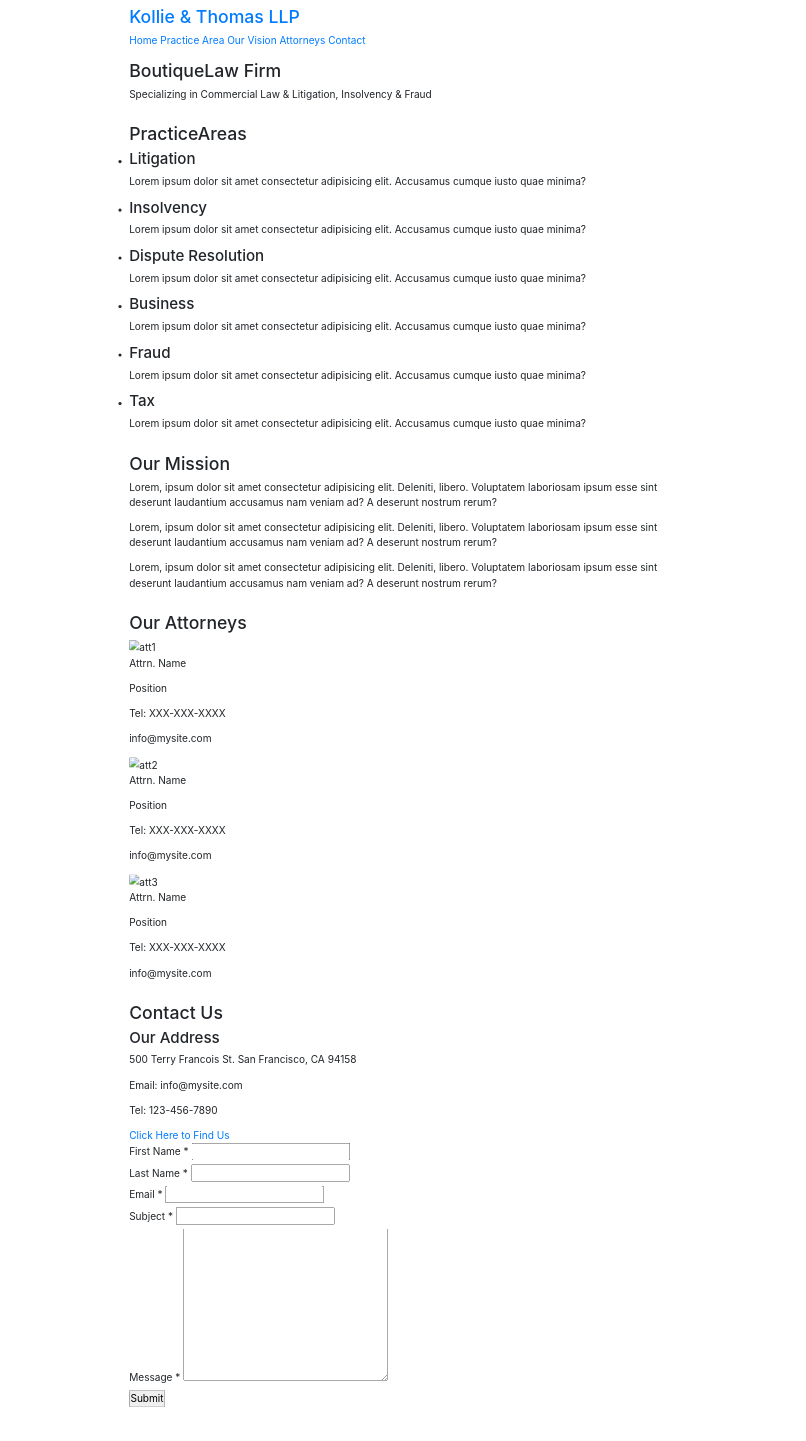
Repository: just-mann/kolllie-kolliellp
Page: index.html
The author's editor kept a copy of each file at every save. The page is drawn from the files as they stood at one save, then again after a run of saves.
The browser window is 1280 px wide. The pictures show the whole page, at 63% of full size.

Above is the page before, as saved 2021-06-01 16:46:38.

### index.html
<!DOCTYPE html>
<html lang="en">
<head>
    <meta charset="UTF-8">
    <meta name="viewport" content="width=device-width, initial-scale=1.0">
    <meta http-equiv="X-UA-Compatible" content="ie=edge">
    <meta name="Description" content="Enter your description here"/>
    <!-- Font Awesome Icons -->
    <link rel="stylesheet" href="https://cdnjs.cloudflare.com/ajax/libs/font-awesome/5.15.3/css/all.min.css" referrerpolicy="no-referrer" />
    <link rel="stylesheet" href="https://cdnjs.cloudflare.com/ajax/libs/twitter-bootstrap/4.6.0/css/bootstrap.min.css">
    <link rel="stylesheet" href="https://cdnjs.cloudflare.com/ajax/libs/font-awesome/5.15.2/css/all.min.css">
    <link rel="stylesheet" href="assets/css/utilities.css">
    <link rel="stylesheet" href="assets/css/style.css">
    <title>Kollie & Thomas LLP</title>
</head>
<body>
    <nav class="myNavbar">
        <div class="myContainer">
            <a href="#" class="myLogo"><h3>Kollie & Thomas LLP</h3></a>
            <div class="links">
                <a href="#">Home</a>
                <a href="#practiceArea">Practice Area</a>
                <a href="#ourVision">Our Vision</a>
                <a href="#ourAttorneys">Attorneys</a>
                <a href="#contact">Contact</a>
            </div>
        </div>
    </nav>
    <section class="heroSection">
        <div class="myContainer">
            <h3><span>Boutique</span>Law Firm</h3>
            <p>Specializing in Commercial Law & Litigation, Insolvency & Fraud</p>
        </div>
    </section>
    <section class="practiceArea" id="practiceArea">
        <div class="myContainer">
            <div class="practiceArreaDiv">
                <div class="left__side">
                    <h3><span>Practice</span>Areas</h3>
                </div>
                <div class="right__side">
                    <ul>
                        <div class="left">
                            <li><h4>Litigation</h4></li>
                            <p>Lorem ipsum dolor sit amet consectetur adipisicing elit. Accusamus cumque iusto quae minima?</p>
                            <li><h4>Insolvency</h4></li>
                            <p>Lorem ipsum dolor sit amet consectetur adipisicing elit. Accusamus cumque iusto quae minima?</p>
                            <li><h4>Dispute Resolution</h4></li>
                            <p>Lorem ipsum dolor sit amet consectetur adipisicing elit. Accusamus cumque iusto quae minima?</p>
                        </div>
                        <div class="right">
                            <li><h4>Business</h4></li>
                            <p>Lorem ipsum dolor sit amet consectetur adipisicing elit. Accusamus cumque iusto quae minima?</p>
                            <li><h4>Fraud</h4></li>
                            <p>Lorem ipsum dolor sit amet consectetur adipisicing elit. Accusamus cumque iusto quae minima?</p>
                            <li><h4>Tax</h4></li>
                            <p>Lorem ipsum dolor sit amet consectetur adipisicing elit. Accusamus cumque iusto quae minima?</p>
                        </div>
                    </ul>
                </div>
            </div>
        </div>
    </section>
    <section class="ourVision" id="ourVision">
        <div class="myContainer">
            <div class="ourVisionDiv">
                <h3 class="">Our Mission</h3>
                <div>
                    <p>Lorem, ipsum dolor sit amet consectetur adipisicing elit. Deleniti, libero. Voluptatem laboriosam ipsum esse sint deserunt laudantium accusamus nam veniam ad? A deserunt nostrum rerum?</p>
                </div>
                <div>
                    <p>Lorem, ipsum dolor sit amet consectetur adipisicing elit. Deleniti, libero. Voluptatem laboriosam ipsum esse sint deserunt laudantium accusamus nam veniam ad? A deserunt nostrum rerum?</p>
                </div>
                <div>
                    <p>Lorem, ipsum dolor sit amet consectetur adipisicing elit. Deleniti, libero. Voluptatem laboriosam ipsum esse sint deserunt laudantium accusamus nam veniam ad? A deserunt nostrum rerum?</p>
                </div>
            </div>
        </div>
    </section>
    <div class="parallaxImg">

    </div>
    <section class="ourAttorneys" id="ourAttorneys">
        <div class="myContainer">
            <h3>Our Attorneys</h3>
            <div class="attorneysDiv">
                <div class="attCard">
                    <img src="" alt="att1">
                    <div>
                        <p>Attrn. Name</p>
                        <p>Position</p>
                    </div>
                    <div>
                        <p>Tel: XXX-XXX-XXXX</p>
                        <p>info@mysite.com</p>
                    </div>
                </div>
                <div class="attCard">
                    <img src="" alt="att2">
                    <div>
                        <p>Attrn. Name</p>
                        <p>Position</p>
                    </div>
                    <div>
                        <p>Tel: XXX-XXX-XXXX</p>
                        <p>info@mysite.com</p>
                    </div>
                </div>
                <div class="attCard">
                    <img src="" alt="att3">
                    <div>
                        <p>Attrn. Name</p>
                        <p>Position</p>
                    </div>
                    <div>
                        <p>Tel: XXX-XXX-XXXX</p>
                        <p>info@mysite.com</p>
                    </div>
                </div>
            </div>
        </div>
    </section>
    <section class="contact" id="contact">
        <div class="myContainer">
            <div class="contactDiv">
                <div class="left__side">
                    <h3>Contact Us</h3>
                </div>
                <div class="right__side">
                    <h4><span>Our</span> Address</h4>
                    <div class="addressDiv">
                        <p>500 Terry Francois St. San Francisco, CA 94158</p>
                        <p>Email: info@mysite.com</p>
                        <p>Tel:  123-456-7890</p>
                    </div>
                    <div class="clickToFind">
                        <a href="#">Click Here to Find Us</a>
                    </div>
                    <form action="">
                        <div class="left__side">
                            <div>
                                <label for="firstName">First Name *</label>
                                <input type="text" name="firstName" required>
                            </div>
                            <div>
                                <label for="lastName">Last Name *</label>
                                <input type="text" name="lastName" required>
                            </div>
                            <div>
                                <label for="email">Email *</label>
                                <input type="email" name="name" required>
                            </div>
                            <div>
                                <label for="subject">Subject *</label>
                                <input type="text" name="subject" required>
                            </div>
                        </div>
                        <div class="right__side">
                            <label for="message">Message *</label>
                            <textarea name="message" id="message" cols="30" rows="10" required></textarea>
                        </div>
                        <div>
                            <input type="submit" value="Submit">
                        </div>
                    </form>
                </div>
            </div>
        </div>
    </section>
    <section class="backUpTop">
        <div class="myContainer">
            <i class="fad fa-chevron-double-up text-dark bg-success"></i>
        </div>
    </section>
    <!-- Optional Scripts -->
    <script src="assets/scripts/myScript.js"></script>
    <script src="https://cdnjs.cloudflare.com/ajax/libs/jquery/3.5.1/jquery.slim.min.js"></script>
    <script src="https://cdnjs.cloudflare.com/ajax/libs/popper.js/1.16.1/umd/popper.min.js"></script>
    <script src="https://cdnjs.cloudflare.com/ajax/libs/twitter-bootstrap/4.6.0/js/bootstrap.min.js"></script>
</body>
</html>

### assets/css/utilities.css


.myContainer {
    max-width: 900px;
    margin: 0 auto;
    padding: 10px 15px;
}

### assets/css/style.css
* {
    padding: 0;
    margin: 0;
    box-sizing: border-box;
}

html {
    scroll-behavior: smooth;
}

body {
    /* background-color: rgb(255, 255, 255); */
}

### assets/scripts/myScript.js
console.log('It works');

After the next 3 saves:
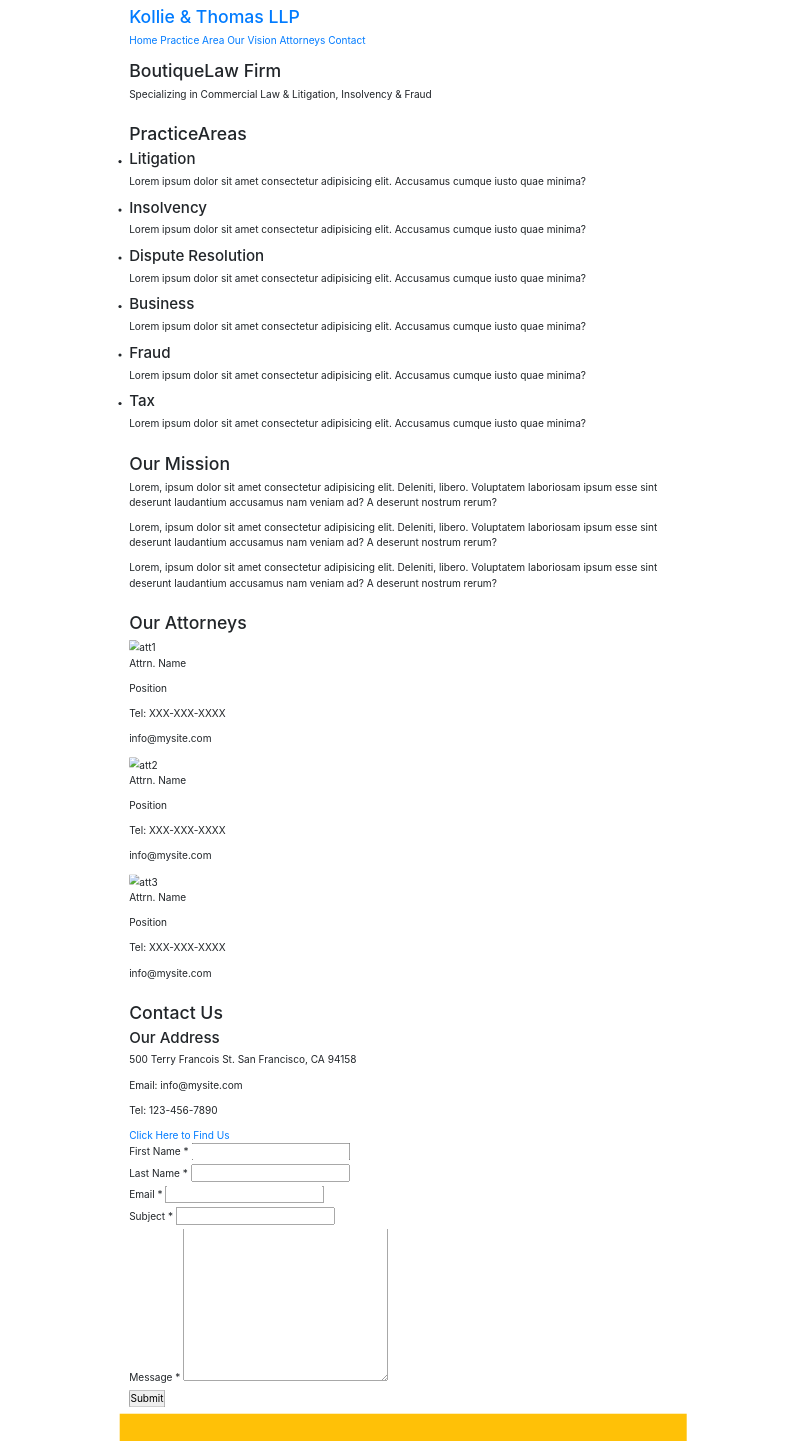
The 3 saves are shown as one change because they came seconds apart.
The last was saved 12 s later.
--- a/index.html
+++ b/index.html
@@ -168,7 +168,7 @@
         </div>
     </section>
     <section class="backUpTop">
-        <div class="myContainer">
+        <div class="myContainer bg-warning">
             <i class="fad fa-chevron-double-up text-dark bg-success"></i>
         </div>
     </section>
